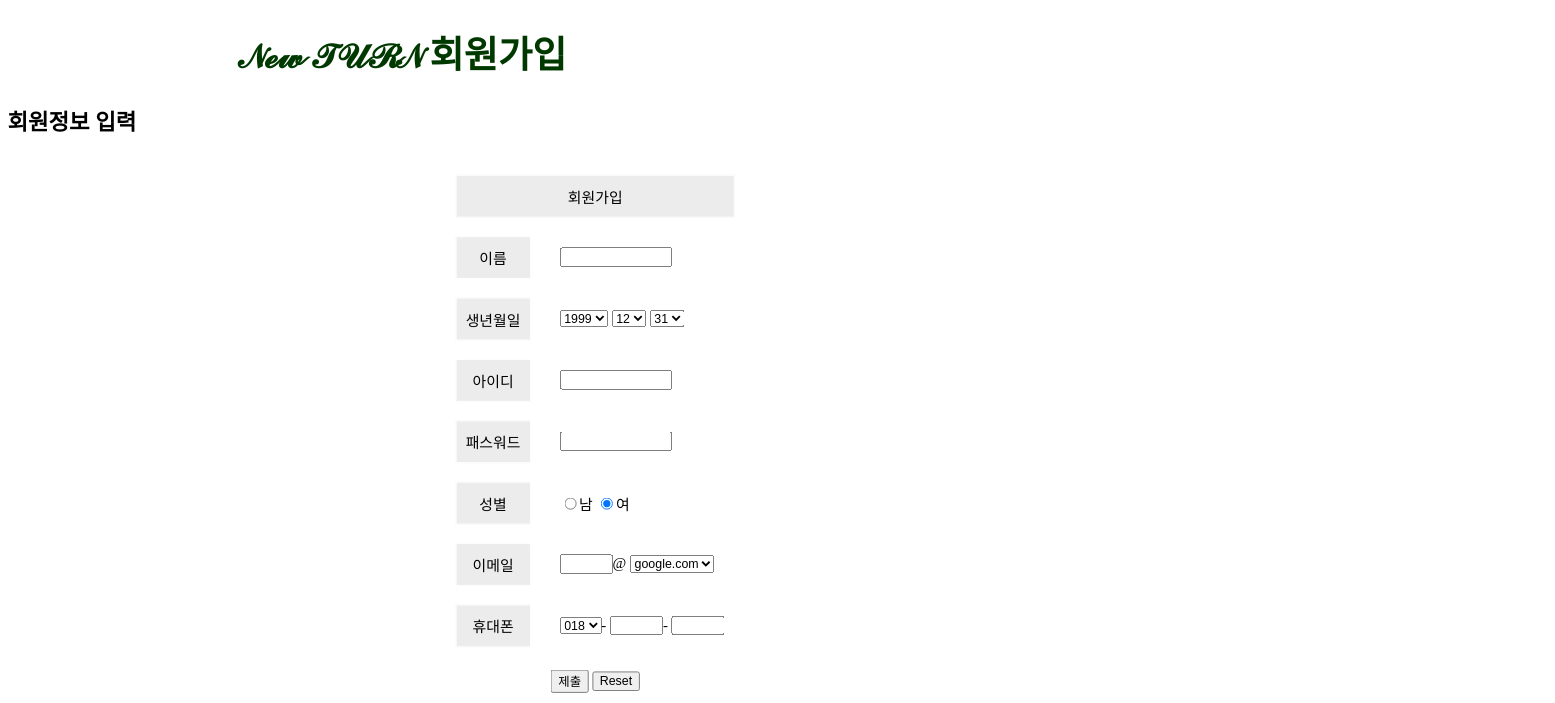
Repository: won0108/Port-Folio
Page: Creating_Homepage/Shopping/WebContent/회원가입 창.html
These files come from the project's save history. The page is drawn as it stood at one moment and after the next save; the edit follows.
The browser window is 1280 px wide. The page is 1522 px wide, then 1672 px, so the pictures cover 1672 px, including what lies to the right of the window. The pictures show the whole page, at 93% of full size.

Above is the page before, as saved 2020-12-03 06:59:20.

After the next save:
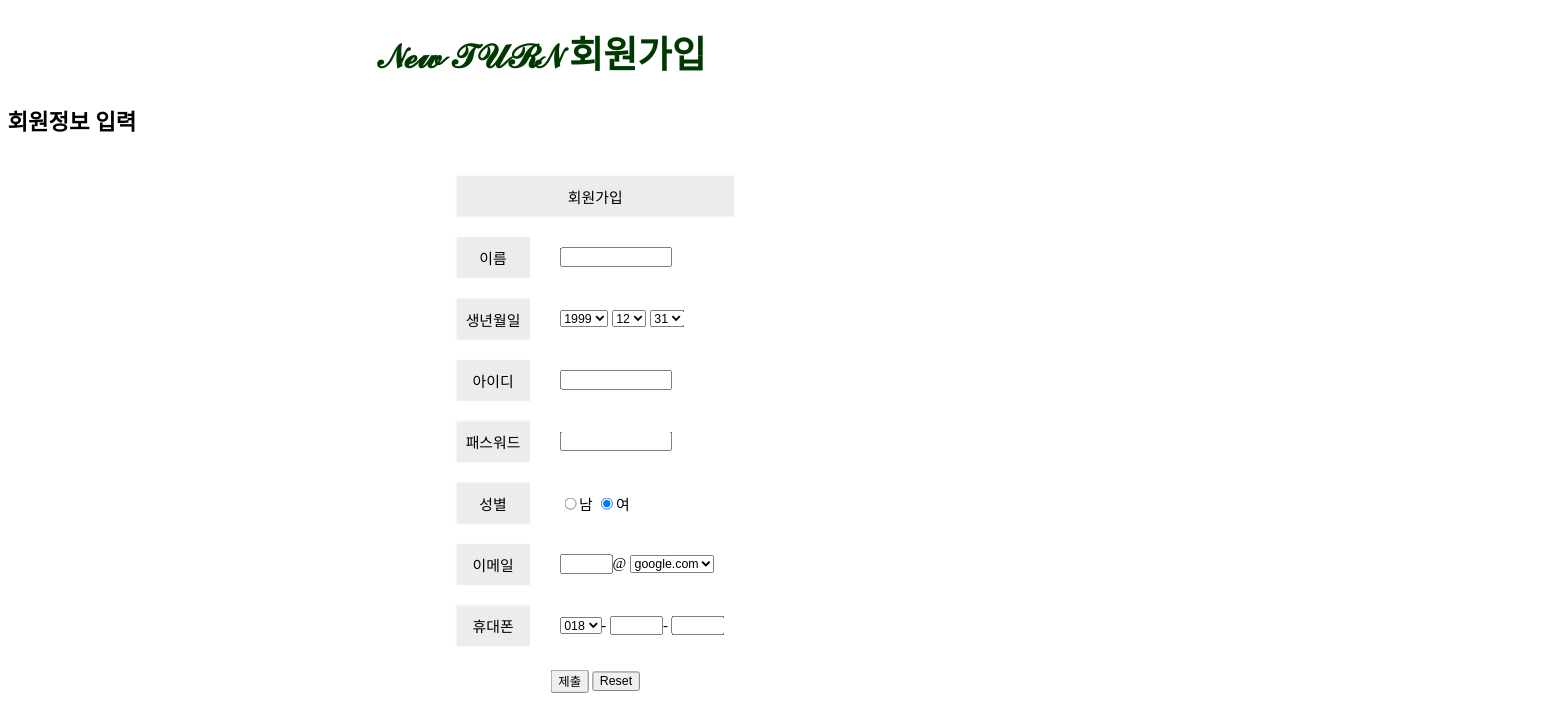
Saved 11 s later.
--- a/Creating_Homepage/Shopping/WebContent/회원가입 창.html
+++ b/Creating_Homepage/Shopping/WebContent/회원가입 창.html
@@ -52,7 +52,7 @@
 </style>
 </head>
 <body>
-  <h1 style="position: relative; left: 250px;"> New TURN <em5>회원가입</em5> </h1>
+  <h1 style="position: relative; left: 400px;"> New TURN <em5>회원가입</em5> </h1>
   <h2>회원정보 입력</h2>
  <form name=frm1>
   <table align=center border=1 bordercolor=white bordercolorlight=gray cellspacing=20 cellpadding=10>
